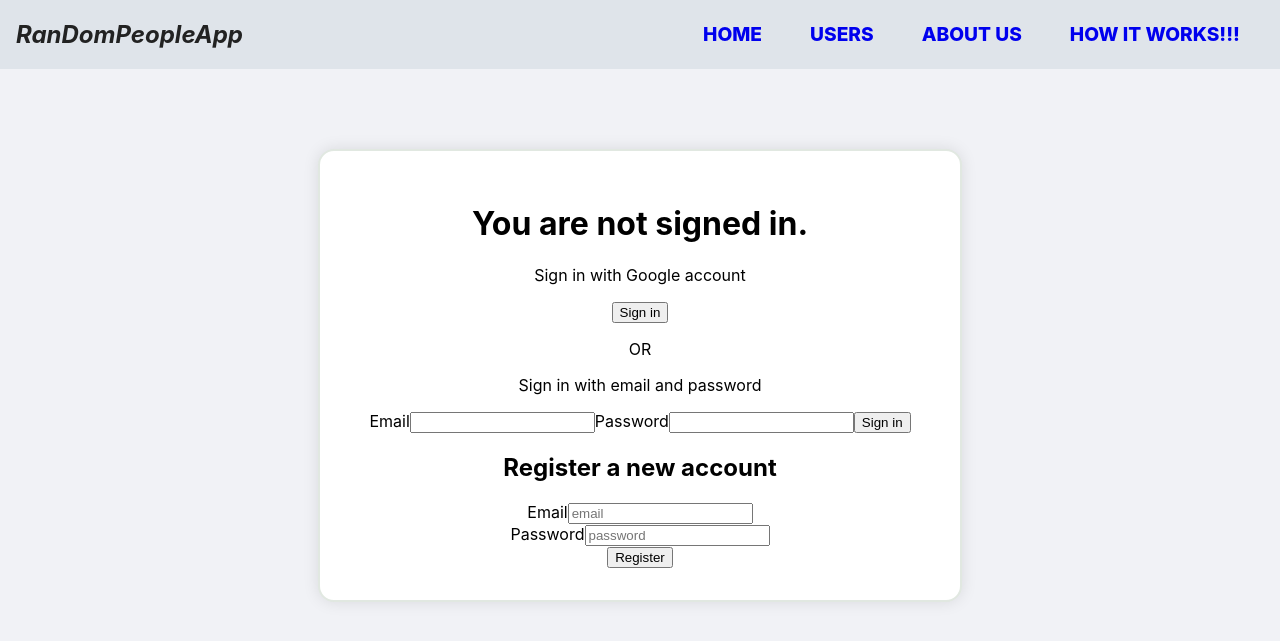
Repository: MikkyPrestige/RandomProfiles
Page: /profile
These files come from the project's save history. The page is drawn as it stood at one moment and after the next save; the edit follows.
The browser window is 1280 px wide. The pictures show the whole page.
The page's requests for data from a server got no answer. The project was rebuilt for these pictures with package versions that can differ from the ones it lists, and the page was loaded fresh each time. Some packages were replaced by stand-ins written for this rebuild. No one was signed in, and anything a server would have sent is missing. Also part of the build but not shown: src/assets/styles/home.css, src/components/avatar.jsx, src/components/home.jsx, src/assets/styles/users.css, src/components/users.jsx, src/assets/styles/search.css, src/components/search.jsx, src/assets/styles/help.css and 6 more.

Above is the page before, as saved 2022-11-30 02:48:57.

### public/index.html
<!DOCTYPE html>
<html lang="en">

<head>
  <meta charset="utf-8" />
  <link rel="icon" href="%PUBLIC_URL%/favicon.ico" />
  <meta name="viewport" content="width=device-width, initial-scale=1" />
  <meta name="theme-color" content="#000000" />
  <meta name="description" content="Web site created using create-react-app" />
  <link rel="apple-touch-icon" href="%PUBLIC_URL%/logo192.png" />
  <!--
      manifest.json provides metadata used when your web app is installed on a
      user's mobile device or desktop. See https://developers.google.com/web/fundamentals/web-app-manifest/
    -->
  <link rel="manifest" href="%PUBLIC_URL%/manifest.json" />
  <!--
      Notice the use of %PUBLIC_URL% in the tags above.
      It will be replaced with the URL of the `public` folder during the build.
      Only files inside the `public` folder can be referenced from the HTML.

      Unlike "/favicon.ico" or "favicon.ico", "%PUBLIC_URL%/favicon.ico" will
      work correctly both with client-side routing and a non-root public URL.
      Learn how to configure a non-root public URL by running `npm run build`.
    -->
  <title>AltSchool Assignment 2</title>
</head>

<body>
  <noscript>You need to enable JavaScript to run this app.</noscript>
  <div id="root"></div>
  <!--
      This HTML file is a template.
      If you open it directly in the browser, you will see an empty page.

      You can add webfonts, meta tags, or analytics to this file.
      The build step will place the bundled scripts into the <body> tag.

      To begin the development, run `npm start` or `yarn start`.
      To create a production bundle, use `npm run build` or `yarn build`.
    -->
</body>

</html>

### src/index.css
body {
  margin: 0;
  font-family: -apple-system, BlinkMacSystemFont, 'Segoe UI', 'Roboto', 'Oxygen',
    'Ubuntu', 'Cantarell', 'Fira Sans', 'Droid Sans', 'Helvetica Neue',
    sans-serif;
  -webkit-font-smoothing: antialiased;
  -moz-osx-font-smoothing: grayscale;
  background-color: #f1f2f6;
}

code {
  font-family: source-code-pro, Menlo, Monaco, Consolas, 'Courier New',
    monospace;
}

### src/App.jsx
import * as React from "react";
import { ErrorBoundary } from "react-error-boundary";
import { Route, Routes } from "react-router-dom";
import {
  Layout,
  Home,
  Users,
  Search,
  Help,
  About,
  Error,
  ErrorFallBack,
  Profile,
  // Footer,
} from "./components";

const App = () => {
  return (
    <div className="App">
      <main>
        <ErrorBoundary FallbackComponent={ErrorFallBack}>
          <Layout />
          <Routes>
            <Route path="/" element={<Home />} />
            <Route path="users">
              <Route index element={<Users />} />
              <Route path=":id" element={<Search />} />
            </Route>
            <Route path="profile" element={<Profile />} />
            <Route path="help" element={<Help />} />
            <Route path="about" element={<About />} />
            <Route path="*" element={<Error />} />
          </Routes>
        </ErrorBoundary>
        {/* <Footer /> */}
      </main>
    </div>
  );
};

export default App;

### src/components/index.js
export { default as Layout } from "./layout";
export { default as Home } from "./home";
export { default as Users } from "./users";
export { default as Search } from "./search";
export { default as Help } from "./help";
export { default as About } from "./about";
export { default as Error } from "./error";
export { default as ErrorFallBack } from "./errorFallback";
export { default as Profile } from "./profile";
export { Footer } from "./avatar";

### src/components/layout.jsx
// LAYOUT COMPONENT - This component is for the App Layout that displays the Navigation bar in the app UI to the user when app is open

import { NavLink } from "react-router-dom";
import "../assets/styles/layout.css";

const CustomNavLink = ({ to, ...props }) => {
  let activeStyle = {
    textDecoration: 'underline',
    color: 'red',
  };

  return (
    <NavLink
      style={({ isActive }) =>
        isActive ? activeStyle : { textDecoration: 'none' }
      }
      to={to}
      end
      {...props}
    />
  );
};


const Layout = () => {

  return (
    <nav className="layout">
      <div className="app-header">
        <h1>RanDomPeopleApp</h1>
      </div>
      <div className="nav__items">
        <CustomNavLink to="/" className="nav__item">Home</CustomNavLink>
        <CustomNavLink to="users" className="nav__item">Users</CustomNavLink>
        <CustomNavLink to="about" className="nav__item">About us</CustomNavLink>
        <CustomNavLink to="help" className="nav__item">How it works!!!</CustomNavLink>
      </div>
    </nav>
  );
}

export default Layout;

### src/components/profile.jsx
import {
  signInWithRedirect,
  auth,
  provider,
  getRedirectResult,
  onAuthStateChanged,
  createUserWithEmailAndPassword,
  signInWithEmailAndPassword,
  signOut,
  deleteUser,
} from "../config";
import { useEffect, useState } from "react";
import { Avatar } from "./avatar";
import "../assets/styles/profile.css";

const Profile = () => {
  const [user, setUser] = useState(null);
  const [signedIn, setSignedIn] = useState(false);
  const [email, setEmail] = useState("");
  const [password, setPassword] = useState("");
  const [error, setError] = useState(null);

  // handle register form
  const handleRegister = (e) => {
    e.preventDefault();
    createUserWithEmailAndPassword(auth, email, password)
      .then(() => {
        // Signed in
        console.log("User account created & signed in!");
      })
      .catch((error) => {
        if (error.code === "auth/email-already-in-use") {
          setError("This email address is already in use!");
        }
        if (error.code === "auth/invalid-email") {
          setError("This email address is invalid!");
        }
        console.error(error);
      });
  };

  // sign in with email and password
  const handleSignIn = (e) => {
    e.preventDefault();
    signInWithEmailAndPassword(auth, email, password)
      .then(() => {
        console.log("User signed in!");
      })
      .catch((error) => {
        if (error.code === "auth/wrong-password") {
          setError("Wrong password!");
        }
        if (error.code === "auth/user-not-found") {
          setError("User not found!");
        }
        console.error(error);
      });
  };

  // handle onchange
  const handleChange = (e) => {
    const { name, value } = e.target;
    if (name === "email") {
      setEmail(value);
    }
    if (name === "password") {
      setPassword(value);
    }
  };

  // handle sign In
  const signIn = (e) => {
    e.preventDefault();
    signInWithRedirect(auth, provider);
  };

  // handle sign out
  const handleSignOut = (e) => {
    e.preventDefault();
    signOut(auth)
      .then(() => {
        console.log("User signed out!");
      })
      .catch((error) => {
        console.error(error);
      });
  };

  // handle delete user
  const handleDelete = (e) => {
    e.preventDefault();
    deleteUser(auth.currentUser)
      .then(() => {
        console.log("User deleted!");
      })
      .catch((error) => {
        console.error(error);
      });
  };

  // Get redirect result
  useEffect(() => {
    getRedirectResult(auth)
      .then((result) => {
        if (result) {
          setSignedIn(true);
          // navigate("/users");
        } else {
          // console.log("No user");
        }
      })
      .catch((error) => {
        console.log(error);
      });
  }, []);

  // Check auth state
  useEffect(() => {
    onAuthStateChanged(auth, (user) => {
      if (user) {
        // destructure user
        const { displayName, photoURL, email, phoneNumber } = user;
        // set user state
        setUser({ displayName, photoURL, email, phoneNumber });
        // navigate("/users");
      } else {
        setUser(null);
      }
    });
  }, []);

  return (
    <div className="profile">
      <div className="profile__container">
        <div className="profile__desc">
          {user ? (
            <div className="profile__user">
              <h1 className="profile__title">Welcome, you are signed in.</h1>
              <Avatar image={user.photoURL} alt="user" className="profile__avatar" />
              <p className="profile__name"><strong>Sign in account name: </strong>{user.displayName}</p>
              <p className="profile__text"><strong>Signed in email: </strong>{user.email}</p>
              <p>{user.phoneNumber}</p>
              <div className="profile__btn">
                <button onClick={handleSignOut} className="sign__btn">
                  Sign Out
                </button>
                <button onClick={handleDelete} className="sign__btn">
                  Delete Account
                </button>
              </div>
            </div>
          ) : (
            <div className="profile__user">
              <div className="profile__form">
                <h1 className="profile__title">You are not signed in.</h1>
                <p className="profile__head">Sign in with Google account</p>
                <button onClick={signIn} className="sign__btn">
                  Sign in
                </button>
                <p className="or">OR</p>
                <p className="profile__head">Sign in with email and password</p>
                <form onSubmit={handleSignIn} className="profile__form">
                  <label htmlFor="email">Email</label>
                  <input
                    type="email"
                    name="email"
                    id="email"
                    value={email}
                    onChange={handleChange}
                  />
                  <label htmlFor="password">Password</label>
                  <input
                    type="password"
                    name="password"
                    id="password"
                    value={password}
                    onChange={handleChange}
                  />
                  {error && <p className="error">{error}</p>}
                  <button type="submit" className="sign__btn">
                    Sign in
                  </button>
                </form>
              </div>
              <h2 className="register">Register a new account </h2>
              <form onSubmit={handleRegister} className="register__form">
                <div className="register__group">
                  <label htmlFor="email" className="register__label">
                    Email
                  </label>
                  <input
                    type="email"
                    name="email"
                    placeholder="email"
                    value={email}
                    onChange={handleChange}
                    className="register__input"
                  />
                  {error && <p className="error">{error}</p>}
                </div>
                <div className="profile__group">
                  <label htmlFor="password" className="register__label">
                    Password
                  </label>
                  <input
                    type="password"
                    name="password"
                    placeholder="password"
                    value={password}
                    onChange={handleChange}
                    className="register__input"
                  />
                </div>
                <button type="submit" className="sign__btn">
                  Register
                </button>
              </form>
            </div>
          )}
        </div>
      </div>
    </div>
  );
};

export default Profile;

### src/assets/styles/layout.css
.layout {
  background-color: #dfe4ea;
  padding: 0rem 1rem;
  color: #222;
  display: flex;
  align-items: center;
  justify-content: space-between;
}

.app-header {
  font-style: italic;
}

.nav__items {
  display: flex;
  align-items: center;
  list-style: none;
  flex-wrap: wrap;
}

.nav__item {
  font-size: 1.2rem;
  font-weight: 800;
  padding: 1rem 1.5rem;
  text-transform: uppercase;
}

.attribution {
  text-align: center;
}

.footer {
  color: #222;
  text-decoration: none;
  cursor: pointer;
  font-style: italic;
  font-weight: 600;
}

### src/config/index.js
// Import the functions you need from the SDKs you need
import { initializeApp } from "firebase/app";
import {
  getAuth,
  signInWithRedirect,
  GoogleAuthProvider,
  getRedirectResult,
  onAuthStateChanged,
  createUserWithEmailAndPassword,
  signInWithEmailAndPassword,
  signOut,
  deleteUser
} from "firebase/auth";

// web app's Firebase configuration
const firebaseConfig = {
  apiKey: "AIzaSyCfrfw6chi091bWLqJvanxAUTxgJ5XqEu0",
  authDomain: "random-people-app.firebaseapp.com",
  projectId: "random-people-app",
  storageBucket: "random-people-app.appspot.com",
  messagingSenderId: "1097586453252",
  appId: "1:1097586453252:web:4575afe7663a752ae77e51",
};

// Initialize Firebase
const app = initializeApp(firebaseConfig);
// Setup Google auth provider
const provider = new GoogleAuthProvider();

const auth = getAuth();

export {
  app,
  provider,
  auth,
  signInWithRedirect,
  getRedirectResult,
  onAuthStateChanged,
  createUserWithEmailAndPassword,
  signInWithEmailAndPassword,
  signOut,
  deleteUser
};

### src/assets/styles/profile.css
.profile {

  padding: 2rem;
  height: 100%;
}

.profile__container {
  display: flex;
  flex-direction: column;
  align-items: center;
  justify-content: center;
  height: 100%;
}

.profile__desc {
  margin-top: 3rem;
  text-align: center;
}

.profile__user {
  background-color: #fff;
  border: 2px solid #e1e8e1;
  border-radius: 1rem;
  box-shadow: 0 0 1rem rgba(0, 0, 0, 0.1);
  padding: 2rem 0;
  height: 100%;
  width: 40rem;
}

Loaded but not shown: src/index.js (common file)

After the next save:
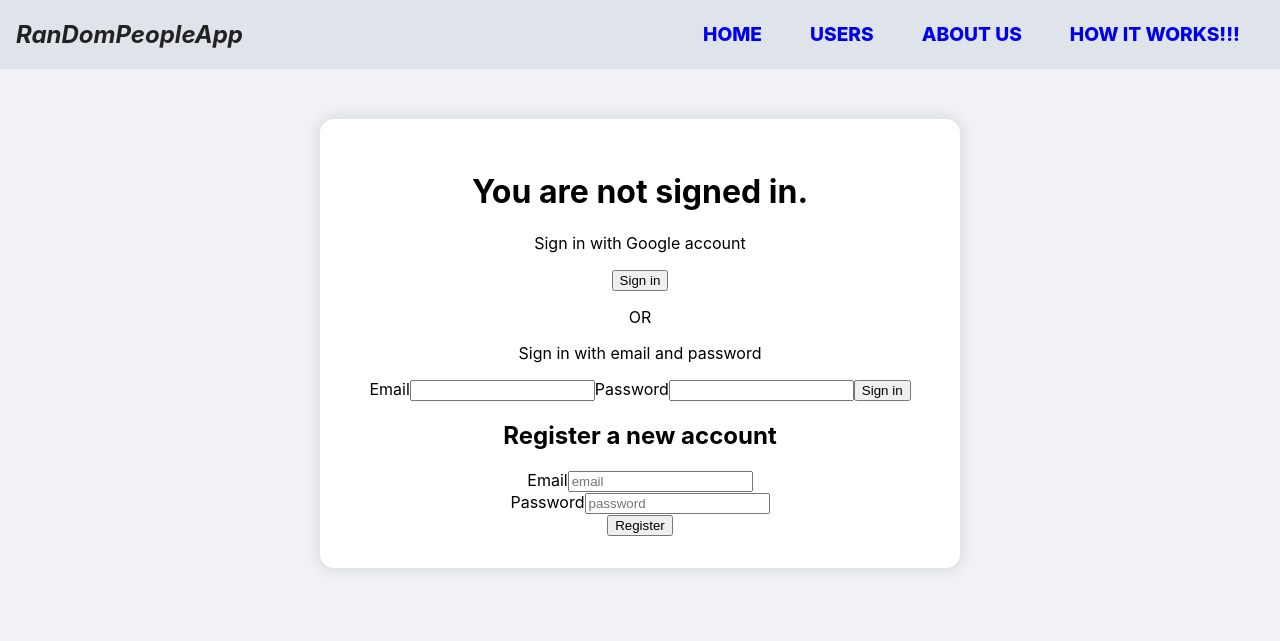
Saved 32 s later.
--- a/src/assets/styles/profile.css
+++ b/src/assets/styles/profile.css
@@ -13,7 +13,7 @@
 }
 
 .profile__desc {
-  margin-top: 3rem;
+  margin-top: 1rem;
   text-align: center;
 }
 
